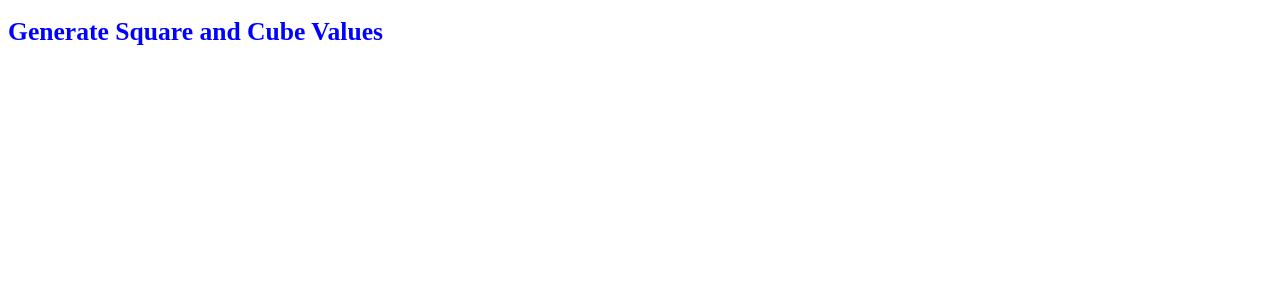
Repository: haitranduc4270/Book_store
Page: http://localhost/P3_Lab05_framework/Lab hằng tuần/Lab2.2/SquareCube.php/SquareCube.php
These files come from the project's save history. The page is drawn as it stood at one moment and after the next save; the edit follows.
The browser window is 1280 px wide. The pictures show the whole page.
The page is run by PHP 8.4 with error messages shown; the project is at /var/www/html/.

Above is the page before, as saved 2022-04-24 22:53:49.

After the next save:
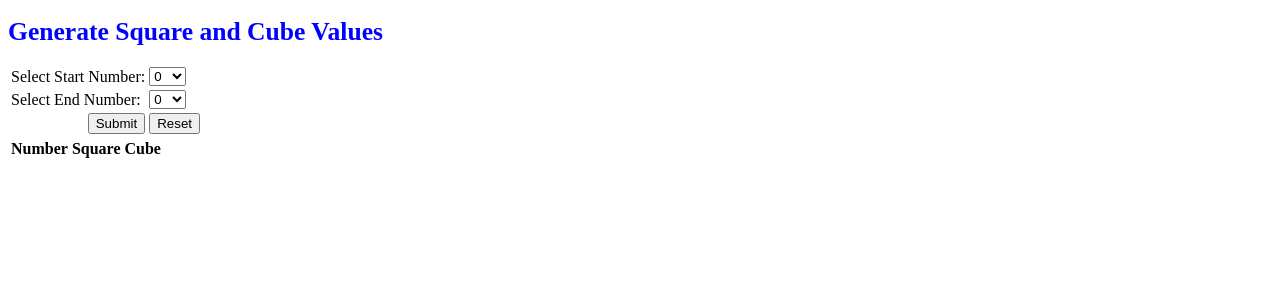
Saved 11 min 2 s later.
--- a/Lab hằng tuần/Lab2.2/SquareCube.php/SquareCube.php
+++ b/Lab hằng tuần/Lab2.2/SquareCube.php/SquareCube.php
@@ -11,7 +11,60 @@
 <body>
     <h1 style="font-size:1.6rem;color:blue">Generate Square and Cube Values</h1>
 
+    <table>
+        <tr>
+            <td>Select Start Number: </td>
+            <td>
+                <select name="start">
+                    <?php
+                        for($i = 0; $i <= 10; $i++) {
+                            print ("<option>$i</option>");
+                        }
+                    ?>
+                </select>
+            </td>
+        </tr>
+        <tr>
+            <td>Select End Number: </td>
+            <td>
+                <select name="end">
+                    <?php
+                        for($i = 0; $i <= 20; $i++) {
+                            print ("<option>$i</option>");
+                        }
+                    ?>
+                </select>
+            </td>
+        </tr>
+        <tr>
+            <td align="right"><input type="submit" value="Submit"></td>
+            <td align="left"><input type="reset" value="Reset"></td>
+        </tr>
+    </table>
 
+    <table>
+        <tr>
+            <th>Number</th>
+            <th>Square</th>
+            <th>Cube</th>
+        </tr>
+        <?php
+            if(array_key_exists('start', $_GET)){
+                $start = $_GET['start'];
+                $end = $_GET['end'];
+                $i = $start;
+                while ($i <= $end){
+                    $sqr = $i * $i;
+                    $cubed = $i * $i * $i;
+                    print "<tr>
+                        <td>$i</td>
+                        <td>$sqr</td>
+                        <td>$cubed</td>
+                    </tr>";
+                }
+            }
+        ?>
+    </table>
 </body>
 
 </html>

After the 2 saves that followed:
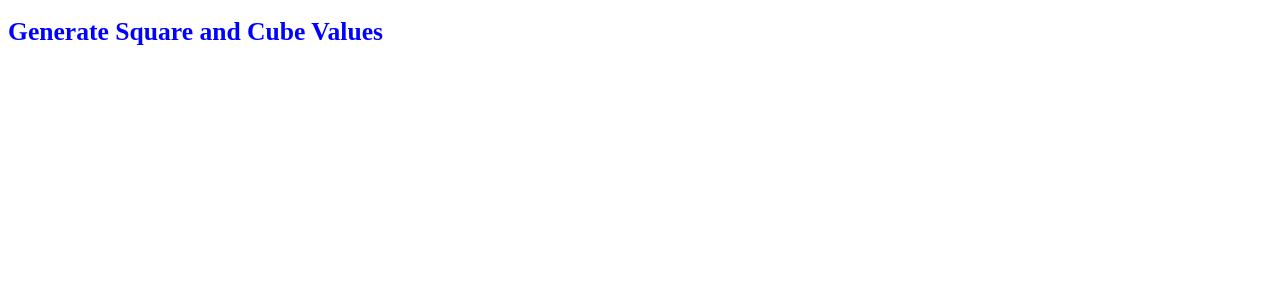
The 2 saves are shown as one change because 1 left the picture as it was.
The last was saved 8 min 42 s later.
--- a/Lab hằng tuần/Lab2.2/SquareCube.php/SquareCube.php
+++ b/Lab hằng tuần/Lab2.2/SquareCube.php/SquareCube.php
@@ -10,61 +10,62 @@
 
 <body>
     <h1 style="font-size:1.6rem;color:blue">Generate Square and Cube Values</h1>
+    <!-- <form action="<?php echo $_SERVER['PHP_SELF']?>" method="GET">
+        <table>
+            <tr>
+                <td>Select Start Number: </td>
+                <td>
+                    <select name="start">
+                        <?php
+                            for($i = 0; $i <= 10; $i++) {
+                                print ("<option>$i</option>");
+                            }
+                        ?>
+                    </select>
+                </td>
+            </tr>
+            <tr>
+                <td>Select End Number: </td>
+                <td>
+                    <select name="end">
+                        <?php
+                            for($i = 0; $i <= 20; $i++) {
+                                print ("<option>$i</option>");
+                            }
+                        ?>
+                    </select>
+                </td>
+            </tr>
+            <tr>
+                <td align="right"><input type="submit" value="Submit"></td>
+                <td align="left"><input type="reset" value="Reset"></td>
+            </tr>
+        </table>
+        <table>
+            <tr>
+                <th>Number</th>
+                <th>Square</th>
+                <th>Cube</th>
+            </tr>
+            <?php
+                if(array_key_exists('start', $_GET)){
+                    $start = $_GET['start'];
+                    $end = $_GET['end'];
+                    $i = $start;
+                    while ($i <= $end){
+                        $sqr = $i * $i;
+                        $cubed = $i * $i * $i;
+                        print "<tr>
+                            <td>$i</td>
+                            <td>$sqr</td>
+                            <td>$cubed</td>
+                        </tr>";
+                    }
+                }
+            ?>
+        </table>
+    </form> -->
 
-    <table>
-        <tr>
-            <td>Select Start Number: </td>
-            <td>
-                <select name="start">
-                    <?php
-                        for($i = 0; $i <= 10; $i++) {
-                            print ("<option>$i</option>");
-                        }
-                    ?>
-                </select>
-            </td>
-        </tr>
-        <tr>
-            <td>Select End Number: </td>
-            <td>
-                <select name="end">
-                    <?php
-                        for($i = 0; $i <= 20; $i++) {
-                            print ("<option>$i</option>");
-                        }
-                    ?>
-                </select>
-            </td>
-        </tr>
-        <tr>
-            <td align="right"><input type="submit" value="Submit"></td>
-            <td align="left"><input type="reset" value="Reset"></td>
-        </tr>
-    </table>
-
-    <table>
-        <tr>
-            <th>Number</th>
-            <th>Square</th>
-            <th>Cube</th>
-        </tr>
-        <?php
-            if(array_key_exists('start', $_GET)){
-                $start = $_GET['start'];
-                $end = $_GET['end'];
-                $i = $start;
-                while ($i <= $end){
-                    $sqr = $i * $i;
-                    $cubed = $i * $i * $i;
-                    print "<tr>
-                        <td>$i</td>
-                        <td>$sqr</td>
-                        <td>$cubed</td>
-                    </tr>";
-                }
-            }
-        ?>
-    </table>
 </body>
 
 </html>
